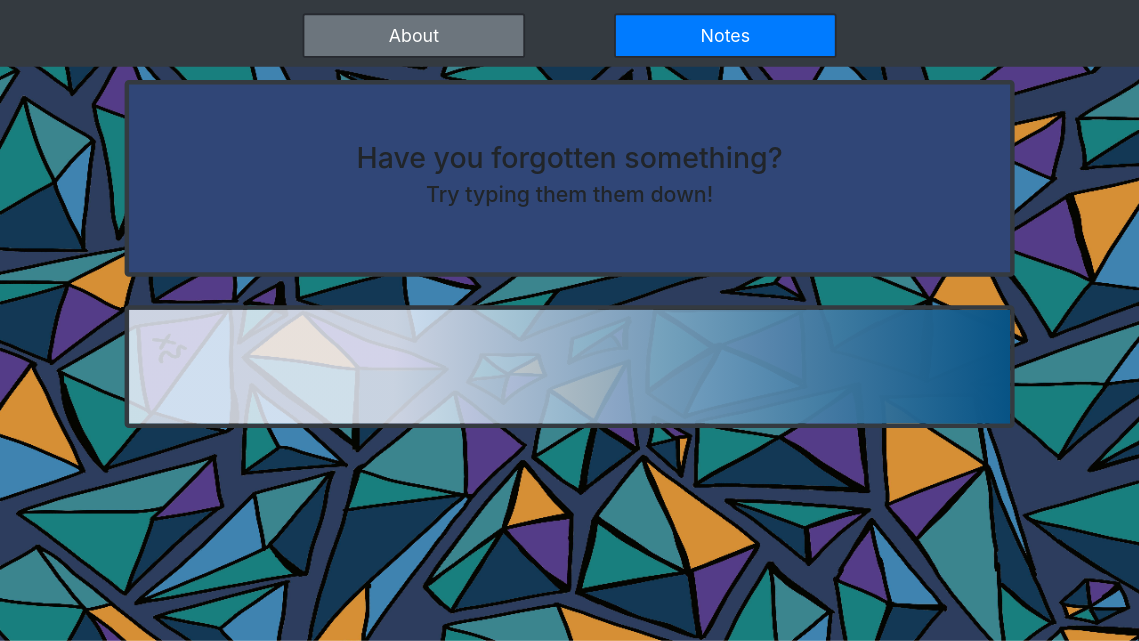
Repository: Kamicoda/Mynote
Page: index.html
The author's editor kept a record of every edit. The page is drawn from the files as they stood at one moment, then again after the next edit.
The browser window is 1280 px wide. The pictures show the whole page, at 89% of full size.
After loading, the first visible `#notesNav` was clicked once.
Backgrounds fixed to the window are drawn as part of the page. Some web fonts or font styles are not loaded; a fallback is used. Some web libraries are served in a nearby version.

Above is the page before.

After the next edit:
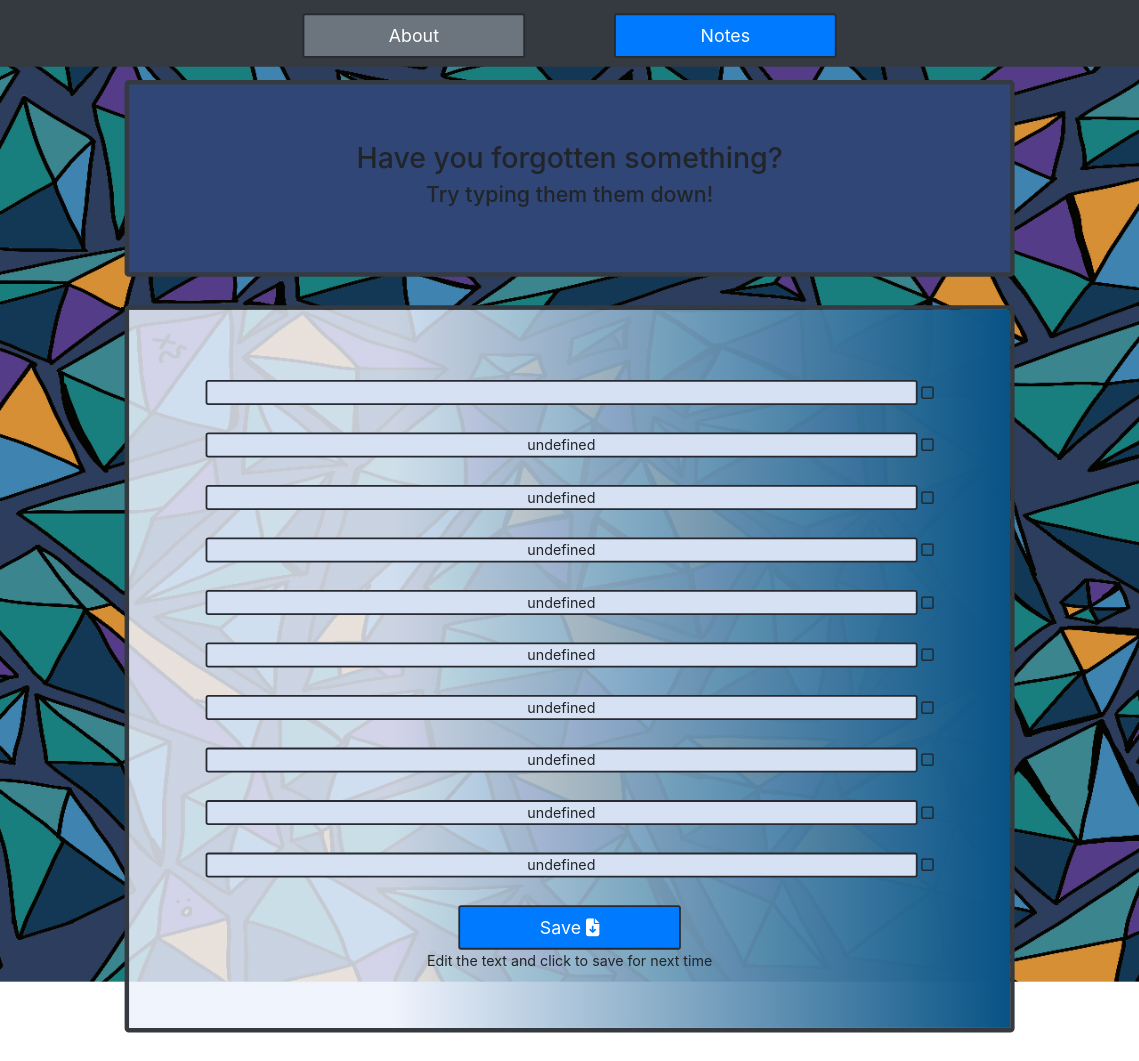
The edit:
--- a/assets/js/script1.js
+++ b/assets/js/script1.js
@@ -22,7 +22,8 @@
     });
 
     $('#notesNav').on('click', function() {
-        $('#notesSec').toggle(1000);
+        $('#notesSec').show(1000);
+        $('#aboutSec').hide(1000);
         $('#headerwelcome').hide();
         $('#headernotes').show();
         $('#headerabout').hide();
